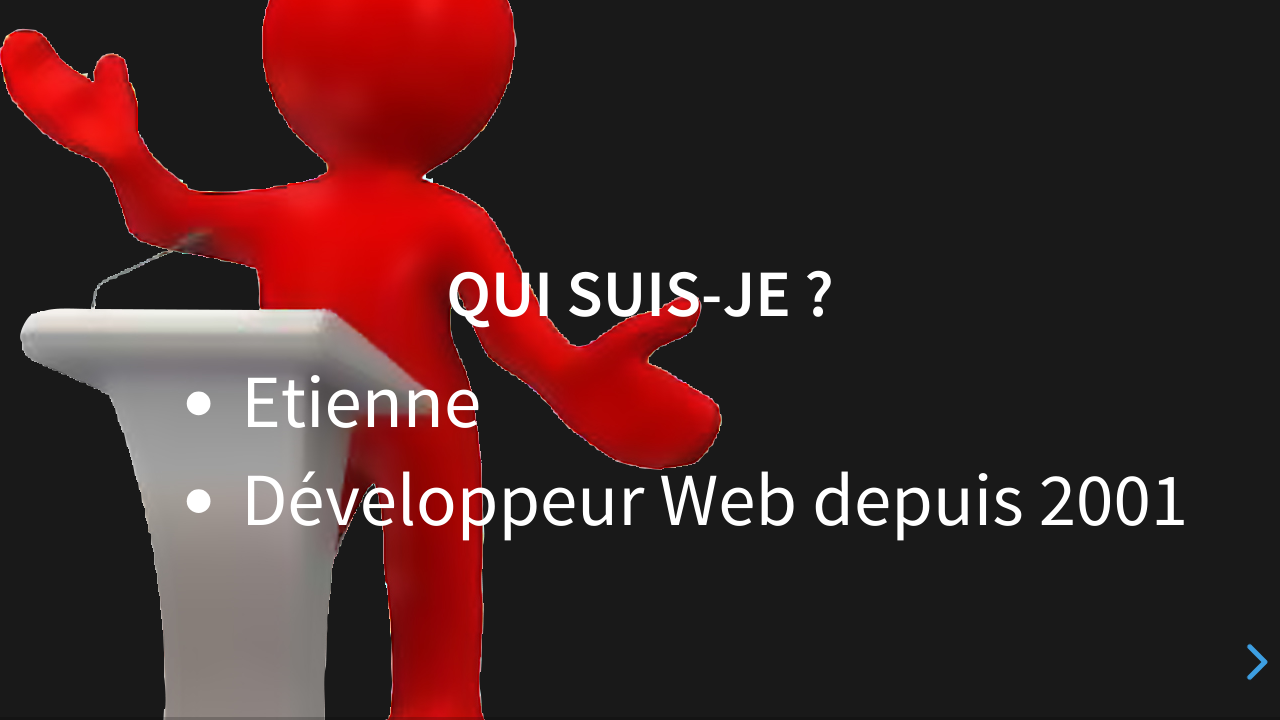
Repository: cutesquirrel/pres-college
Page: index.html
An editor plug-in stored every save of this project. The page is shown before and after the next save, followed by the edit.
The browser window is 1280 px wide. The pictures show the whole page.

Above is the page before, as saved 2024-03-31 10:38:58.

### index.html
<!doctype html>
<html lang="en">
	<head>
		<meta charset="utf-8">
		<meta name="viewport" content="width=device-width, initial-scale=1.0, maximum-scale=1.0, user-scalable=no">

		<title>reveal.js</title>

		<link rel="stylesheet" href="dist/reset.css">
		<link rel="stylesheet" href="dist/reveal.css">
		<link rel="stylesheet" href="dist/theme/black.css">

		<!-- Theme used for syntax highlighted code -->
		<link rel="stylesheet" href="plugin/highlight/monokai.css">
	</head>
	<body>
		<div class="reveal">
			<div class="slides">
				<section data-background-image="./whoami.png" data-background-size="722px" data-background-position="left" data-background-repeat="no-repeat">
					<h2>Qui suis-je ?</h2>
					<ul class="r-fit-text" >
						<li>Etienne</li>
						<li>Développeur Web depuis 2001</li>
					</ul>
				</section>
				<section data-background-image="./fond_dev.png" >
					<h2>Développement ?</h2>
				</section>
				<section>

					<h2>Idées de thèmes</h2>
					<ul class="r-fit-text">
<li class="fragment fade-left">Les différentes activités réalisées dans votre travail
Développement Web
Gestion de projet
Management d'équipe
Travailler avec les fournisseurs : hébergeur, avis clients par ex, réseaux sociaux
Réunions d'équipe : qui travaille sur quoi ?
Réunions pour préparer des nouveaux projets
Réunions de crise : gros souci sur un site, on ne vend plus ? panique à bord ?


</li>
<li class="fragment fade-left">Description d'une journée type
	Je dirige une équipe de 8 personnes, coupée en 3 : une partie à Aix, l'autre à Montpellier, 1 en Bretagne
	On utilise donc beaucoup Slack, un outil pour communiquer entre nous, comme WhatsApp
Outils de chat : 2
</li>

<li class="fragment fade-left">les horaires de travail -

	9h-12h/14h-18h environ</li>

<li class="fragment fade-left">lieu(x) d’exercice du métier:

	dans l'entreprise, à Aix, ou en télétravail 2j/semaine</li>

<li class="fragment fade-left">les qualités et compétences demandées
	passioné par le développement
  curieux, inventif
	aimer travailler en équipe
	autonôme parfois
</li>

<li class="fragment fade-left">votre parcours de formation
ESIGELEC, école d'ingénieur généraliste.
Plein d'autres formations possibles : EPITECH, l'école 42, BTS, BUT, formation de reconversion


</li>
<li class="fragment fade-left">la place de l’anglais dans votre profession</li>
<li class="fragment fade-left">L’éducation nationale s’engage pour le développement durable et la transition écologique :
	la question de l’environnement est au coeur des nouveaux programme du lycée.

	parler de la question de la consommation énergétique
	Green IT ?
  Netflix, moteurs de recherche comme Google, l'intelligence articielle, le bitcoin - consommation énergétique monstrueuse


</li>
<li class="fragment fade-left">Entreprise ? égalité fille/ garçon: la part des femmes et des hommes dans votre entreprise

	Parmi les développeurs/euses, il y a encore peu de femmes.
	La preuve, je n'ai qu'une femme dans mon équipe sur 8 personnes...

	Par contre, au service marketing, dont je fais partie, c'est principalement des femmes :
	   graphistes, designeuses
	   community manager
		 responsable produit
		 ventes

  De nombreuses initiatives existent pour promouvoir la place de la femme dans ce métier.

</li>
					</ul>

TROUVER QQ PHOTOS HOMAIR
QQ PHOTOS AGREMENTANT LA PRESENTATION

				</section>
				<section>
					<section>Slide 2.1</section>
					<section>Slide 2.2</section>
				</section>
				<section data-transition="convex">
					<h3>data-transition: convex</h3>
				</section>
				<section data-background="indigo">
					<h2>Scroll triggered fragments</h2>
					<ul>
						<li class="fragment fade-left">Step one</li>
						<li class="fragment fade-left">Step two</li>
						<li class="fragment fade-left">Step three</li>
					</ul>
				</section>
			</div>
		</div>

		<script src="dist/reveal.js"></script>
		<script src="plugin/notes/notes.js"></script>
		<script src="plugin/markdown/markdown.js"></script>
		<script src="plugin/highlight/highlight.js"></script>
		<script>
			// More info about initialization & config:
			// - https://revealjs.com/initialization/
			// - https://revealjs.com/config/
			Reveal.initialize({
				hash: true,

				// Learn about plugins: https://revealjs.com/plugins/
				plugins: [ RevealMarkdown, RevealHighlight, RevealNotes ]
			});
		</script>
	</body>
</html>

### dist/theme/black.css
/**
 * Black theme for reveal.js. This is the opposite of the 'white' theme.
 *
 * By Hakim El Hattab, http://hakim.se
 */
@import url(./fonts/source-sans-pro/source-sans-pro.css);
section.has-light-background, section.has-light-background h1, section.has-light-background h2, section.has-light-background h3, section.has-light-background h4, section.has-light-background h5, section.has-light-background h6 {
  color: #222;
}

/*********************************************
 * GLOBAL STYLES
 *********************************************/
:root {
  --r-background-color: #191919;
  --r-main-font: Source Sans Pro, Helvetica, sans-serif;
  --r-main-font-size: 42px;
  --r-main-color: #fff;
  --r-block-margin: 20px;
  --r-heading-margin: 0 0 20px 0;
  --r-heading-font: Source Sans Pro, Helvetica, sans-serif;
  --r-heading-color: #fff;
  --r-heading-line-height: 1.2;
  --r-heading-letter-spacing: normal;
  --r-heading-text-transform: uppercase;
  --r-heading-text-shadow: none;
  --r-heading-font-weight: 600;
  --r-heading1-text-shadow: none;
  --r-heading1-size: 2.5em;
  --r-heading2-size: 1.6em;
  --r-heading3-size: 1.3em;
  --r-heading4-size: 1em;
  --r-code-font: monospace;
  --r-link-color: #42affa;
  --r-link-color-dark: #068de9;
  --r-link-color-hover: #8dcffc;
  --r-selection-background-color: rgba(66, 175, 250, 0.75);
  --r-selection-color: #fff;
  --r-overlay-element-bg-color: 240, 240, 240;
  --r-overlay-element-fg-color: 0, 0, 0;
}

.reveal-viewport {
  background: #191919;
  background-color: var(--r-background-color);
}

.reveal {
  font-family: var(--r-main-font);
  font-size: var(--r-main-font-size);
  font-weight: normal;
  color: var(--r-main-color);
}

.reveal ::selection {
  color: var(--r-selection-color);
  background: var(--r-selection-background-color);
  text-shadow: none;
}

.reveal ::-moz-selection {
  color: var(--r-selection-color);
  background: var(--r-selection-background-color);
  text-shadow: none;
}

.reveal .slides section,
.reveal .slides section > section {
  line-height: 1.3;
  font-weight: inherit;
}

/*********************************************
 * HEADERS
 *********************************************/
.reveal h1,
.reveal h2,
.reveal h3,
.reveal h4,
.reveal h5,
.reveal h6 {
  margin: var(--r-heading-margin);
  color: var(--r-heading-color);
  font-family: var(--r-heading-font);
  font-weight: var(--r-heading-font-weight);
  line-height: var(--r-heading-line-height);
  letter-spacing: var(--r-heading-letter-spacing);
  text-transform: var(--r-heading-text-transform);
  text-shadow: var(--r-heading-text-shadow);
  word-wrap: break-word;
}

.reveal h1 {
  font-size: var(--r-heading1-size);
}

.reveal h2 {
  font-size: var(--r-heading2-size);
}

.reveal h3 {
  font-size: var(--r-heading3-size);
}

.reveal h4 {
  font-size: var(--r-heading4-size);
}

.reveal h1 {
  text-shadow: var(--r-heading1-text-shadow);
}

/*********************************************
 * OTHER
 *********************************************/
.reveal p {
  margin: var(--r-block-margin) 0;
  line-height: 1.3;
}

/* Remove trailing margins after titles */
.reveal h1:last-child,
.reveal h2:last-child,
.reveal h3:last-child,
.reveal h4:last-child,
.reveal h5:last-child,
.reveal h6:last-child {
  margin-bottom: 0;
}

/* Ensure certain elements are never larger than the slide itself */
.reveal img,
.reveal video,
.reveal iframe {
  max-width: 95%;
  max-height: 95%;
}

.reveal strong,
.reveal b {
  font-weight: bold;
}

.reveal em {
  font-style: italic;
}

.reveal ol,
.reveal dl,
.reveal ul {
  display: inline-block;
  text-align: left;
  margin: 0 0 0 1em;
}

.reveal ol {
  list-style-type: decimal;
}

.reveal ul {
  list-style-type: disc;
}

.reveal ul ul {
  list-style-type: square;
}

.reveal ul ul ul {
  list-style-type: circle;
}

.reveal ul ul,
.reveal ul ol,
.reveal ol ol,
.reveal ol ul {
  display: block;
  margin-left: 40px;
}

.reveal dt {
  font-weight: bold;
}

.reveal dd {
  margin-left: 40px;
}

.reveal blockquote {
  display: block;
  position: relative;
  width: 70%;
  margin: var(--r-block-margin) auto;
  padding: 5px;
  font-style: italic;
  background: rgba(255, 255, 255, 0.05);
  box-shadow: 0px 0px 2px rgba(0, 0, 0, 0.2);
}

.reveal blockquote p:first-child,
.reveal blockquote p:last-child {
  display: inline-block;
}

.reveal q {
  font-style: italic;
}

.reveal pre {
  display: block;
  position: relative;
  width: 90%;
  margin: var(--r-block-margin) auto;
  text-align: left;
  font-size: 0.55em;
  font-family: var(--r-code-font);
  line-height: 1.2em;
  word-wrap: break-word;
  box-shadow: 0px 5px 15px rgba(0, 0, 0, 0.15);
}

.reveal code {
  font-family: var(--r-code-font);
  text-transform: none;
  tab-size: 2;
}

.reveal pre code {
  display: block;
  padding: 5px;
  overflow: auto;
  max-height: 400px;
  word-wrap: normal;
}

.reveal .code-wrapper {
  white-space: normal;
}

.reveal .code-wrapper code {
  white-space: pre;
}

.reveal table {
  margin: auto;
  border-collapse: collapse;
  border-spacing: 0;
}

.reveal table th {
  font-weight: bold;
}

.reveal table th,
.reveal table td {
  text-align: left;
  padding: 0.2em 0.5em 0.2em 0.5em;
  border-bottom: 1px solid;
}

.reveal table th[align=center],
.reveal table td[align=center] {
  text-align: center;
}

.reveal table th[align=right],
.reveal table td[align=right] {
  text-align: right;
}

.reveal table tbody tr:last-child th,
.reveal table tbody tr:last-child td {
  border-bottom: none;
}

.reveal sup {
  vertical-align: super;
  font-size: smaller;
}

.reveal sub {
  vertical-align: sub;
  font-size: smaller;
}

.reveal small {
  display: inline-block;
  font-size: 0.6em;
  line-height: 1.2em;
  vertical-align: top;
}

.reveal small * {
  vertical-align: top;
}

.reveal img {
  margin: var(--r-block-margin) 0;
}

/*********************************************
 * LINKS
 *********************************************/
.reveal a {
  color: var(--r-link-color);
  text-decoration: none;
  transition: color 0.15s ease;
}

.reveal a:hover {
  color: var(--r-link-color-hover);
  text-shadow: none;
  border: none;
}

.reveal .roll span:after {
  color: #fff;
  background: var(--r-link-color-dark);
}

/*********************************************
 * Frame helper
 *********************************************/
.reveal .r-frame {
  border: 4px solid var(--r-main-color);
  box-shadow: 0 0 10px rgba(0, 0, 0, 0.15);
}

.reveal a .r-frame {
  transition: all 0.15s linear;
}

.reveal a:hover .r-frame {
  border-color: var(--r-link-color);
  box-shadow: 0 0 20px rgba(0, 0, 0, 0.55);
}

/*********************************************
 * NAVIGATION CONTROLS
 *********************************************/
.reveal .controls {
  color: var(--r-link-color);
}

/*********************************************
 * PROGRESS BAR
 *********************************************/
.reveal .progress {
  background: rgba(0, 0, 0, 0.2);
  color: var(--r-link-color);
}

/*********************************************
 * PRINT BACKGROUND
 *********************************************/
@media print {
  .backgrounds {
    background-color: var(--r-background-color);
  }
}

### plugin/highlight/monokai.css
/*
Monokai style - ported by Luigi Maselli - http://grigio.org
*/

.hljs {
  display: block;
  overflow-x: auto;
  padding: 0.5em;
  background: #272822;
  color: #ddd;
}

.hljs-tag,
.hljs-keyword,
.hljs-selector-tag,
.hljs-literal,
.hljs-strong,
.hljs-name {
  color: #f92672;
}

.hljs-code {
  color: #66d9ef;
}

.hljs-class .hljs-title {
  color: white;
}

.hljs-attribute,
.hljs-symbol,
.hljs-regexp,
.hljs-link {
  color: #bf79db;
}

.hljs-string,
.hljs-bullet,
.hljs-subst,
.hljs-title,
.hljs-section,
.hljs-emphasis,
.hljs-type,
.hljs-built_in,
.hljs-builtin-name,
.hljs-selector-attr,
.hljs-selector-pseudo,
.hljs-addition,
.hljs-variable,
.hljs-template-tag,
.hljs-template-variable {
  color: #a6e22e;
}

.hljs-comment,
.hljs-quote,
.hljs-deletion,
.hljs-meta {
  color: #75715e;
}

.hljs-keyword,
.hljs-selector-tag,
.hljs-literal,
.hljs-doctag,
.hljs-title,
.hljs-section,
.hljs-type,
.hljs-selector-id {
  font-weight: bold;
}

Loaded but not shown: dist/reset.css (common file); dist/reveal.css (library); dist/reveal.js (library); plugin/notes/notes.js (library); plugin/markdown/markdown.js (library); plugin/highlight/highlight.js (library); dist/theme/fonts/source-sans-pro/source-sans-pro.css (common file)

After the next save:
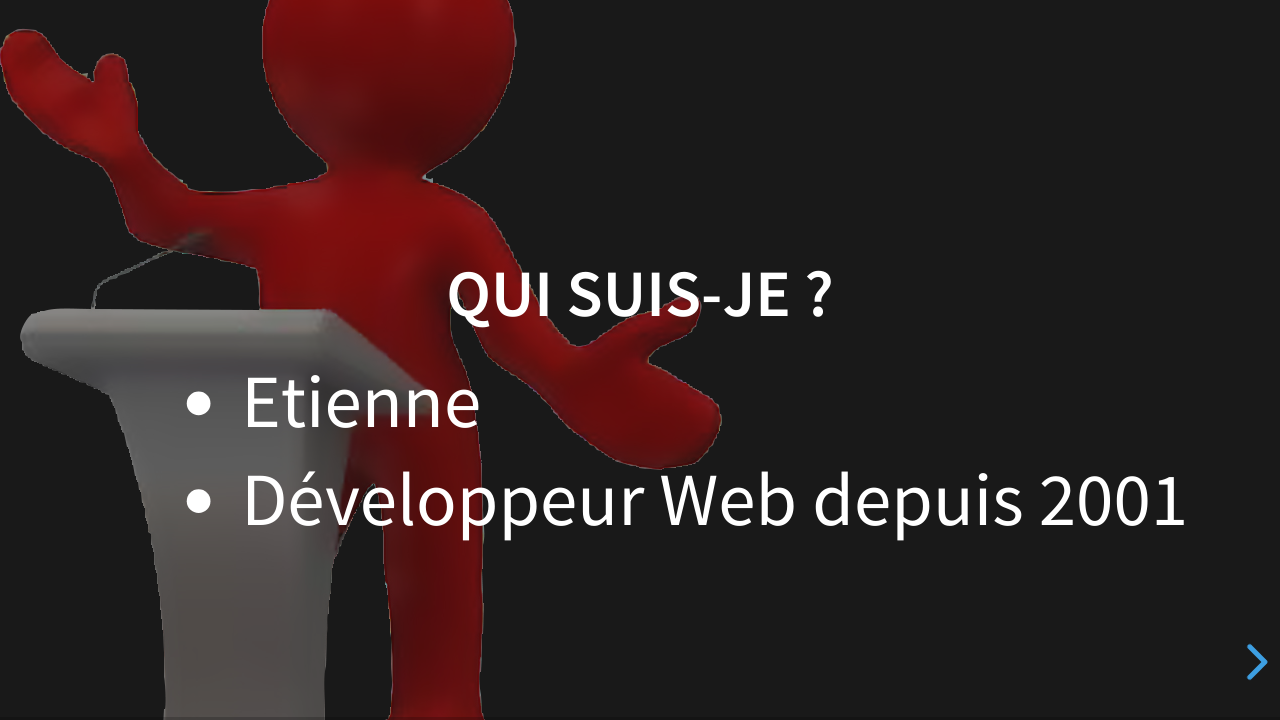
Saved 17 s later.
--- a/index.html
+++ b/index.html
@@ -16,7 +16,7 @@
 	<body>
 		<div class="reveal">
 			<div class="slides">
-				<section data-background-image="./whoami.png" data-background-size="722px" data-background-position="left" data-background-repeat="no-repeat">
+				<section data-background-image="./whoami.png" data-background-size="722px" data-background-position="left" data-background-repeat="no-repeat" data-background-opacity="0.5">
 					<h2>Qui suis-je ?</h2>
 					<ul class="r-fit-text" >
 						<li>Etienne</li>
